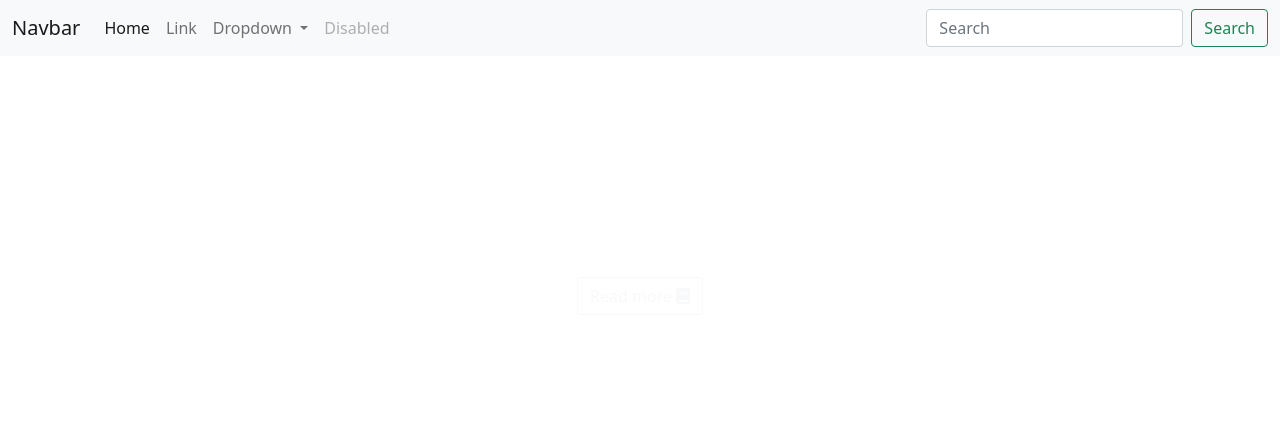
Repository: nptg3105/lab04-landing-page-boostrap5
Page: index.html
An editor plug-in stored every save of this project. The page is shown before and after the next save, followed by the edit.
The browser window is 1280 px wide. The pictures show the whole page.

Above is the page before, as saved 2021-12-19 09:49:22.

### index.html
<!DOCTYPE html>
<html lang="en">
  <head>
    <meta charset="UTF-8" />
    <meta http-equiv="X-UA-Compatible" content="IE=edge" />
    <meta name="viewport" content="width=device-width, initial-scale=1.0" />
    <title>lab04-Landing-Page-Boostrap</title>
    <link
      href="https://cdn.jsdelivr.net/npm/bootstrap@5.1.3/dist/css/bootstrap.min.css"
      rel="stylesheet"
      integrity="sha384-1BmE4kWBq78iYhFldvKuhfTAU6auU8tT94WrHftjDbrCEXSU1oBoqyl2QvZ6jIW3"
      crossorigin="anonymous"
    />
    <link rel="stylesheet" href="https://cdnjs.cloudflare.com/ajax/libs/font-awesome/6.0.0-beta3/css/all.min.css" integrity="sha512-Fo3rlrZj/k7ujTnHg4CGR2D7kSs0v4LLanw2qksYuRlEzO+tcaEPQogQ0KaoGN26/zrn20ImR1DfuLWnOo7aBA==" crossorigin="anonymous" referrerpolicy="no-referrer" />
    <link rel="stylesheet" href="dist/index.css" />
  </head>
  <body>
    <header>
      <nav class="navbar navbar-expand-lg navbar-light bg-light">
        <div class="container-fluid">
          <a class="navbar-brand" href="#">Navbar</a>
          <button
            class="navbar-toggler"
            type="button"
            data-bs-toggle="collapse"
            data-bs-target="#navbarSupportedContent"
            aria-controls="navbarSupportedContent"
            aria-expanded="false"
            aria-label="Toggle navigation"
          >
            <span class="navbar-toggler-icon"></span>
          </button>
          <div class="collapse navbar-collapse" id="navbarSupportedContent">
            <ul class="navbar-nav me-auto mb-2 mb-lg-0">
              <li class="nav-item">
                <a class="nav-link active" aria-current="page" href="#">Home</a>
              </li>
              <li class="nav-item">
                <a class="nav-link" href="#">Link</a>
              </li>
              <li class="nav-item dropdown">
                <a
                  class="nav-link dropdown-toggle"
                  href="#"
                  id="navbarDropdown"
                  role="button"
                  data-bs-toggle="dropdown"
                  aria-expanded="false"
                >
                  Dropdown
                </a>
                <ul class="dropdown-menu" aria-labelledby="navbarDropdown">
                  <li><a class="dropdown-item" href="#">Action</a></li>
                  <li><a class="dropdown-item" href="#">Another action</a></li>
                  <li><hr class="dropdown-divider" /></li>
                  <li>
                    <a class="dropdown-item" href="#">Something else here</a>
                  </li>
                </ul>
              </li>
              <li class="nav-item">
                <a class="nav-link disabled">Disabled</a>
              </li>
            </ul>
            <form class="d-flex">
              <input
                class="form-control me-2"
                type="search"
                placeholder="Search"
                aria-label="Search"
              />
              <button class="btn btn-outline-success" type="submit">
                Search
              </button>
            </form>
          </div>
        </div>
      </nav>
      <div class="hero">
       <div class="container-fluid d-flex align-items-center justify-content-center h-100">
         <div class="row d-flex justify-content-center text-center">
           <div class="col-md-10">
            <h2 class="text-white display-4 fw-bold pt-5 mb-2">Travel</h2>
            <h4 class="text-white my-4">Lorem ipsum dolor sit amet, consectetur adipisicing elit. Deleniti consequuntur.</h4>
            <button class="btn btn-outline-light">Read more <i class="fa fa-book"></i></button>
           </div>
         </div>
       </div>
      </div>
    </header>

    </p>

    <script
      src="https://cdn.jsdelivr.net/npm/bootstrap@5.1.3/dist/js/bootstrap.bundle.min.js"
      integrity="sha384-ka7Sk0Gln4gmtz2MlQnikT1wXgYsOg+OMhuP+IlRH9sENBO0LRn5q+8nbTov4+1p"
      crossorigin="anonymous"
    ></script>
  </body>
</html>

### dist/index.css
* {
  box-sizing: border-box;
  margin: 0;
  padding: 0;
}
body {
  line-height: 1.5;
}
:root {
  --color-bg: #ecf2f8;
  --color-white: #fff;
  --color-violet: #7541c8;
  --color-light-grey: #cfcfcf;
  --color-dark-grey: #19212e;
  --color-grey: #48556a;
}
.hero {
  background: url(https://mdbootstrap.com/img/Photos/Horizontal/Nature/full%20page/img%20(
        3
      ).jpg)
    no-repeat 50% fixed;
}
/*# sourceMappingURL=index.css.map */

After the next save:
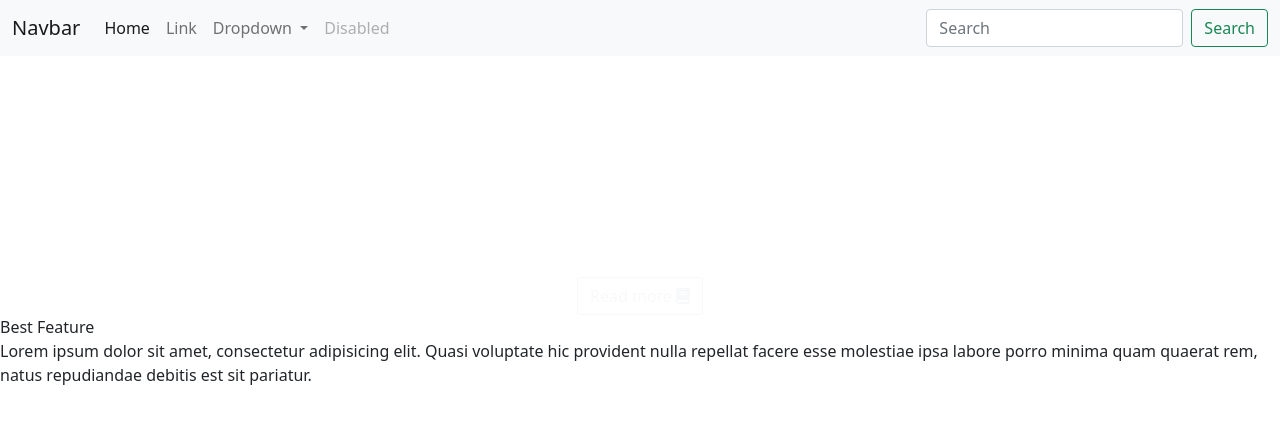
Saved 7 min 54 s later.
--- a/index.html
+++ b/index.html
@@ -87,6 +87,10 @@
          </div>
        </div>
       </div>
+      <div class="feature">
+        <div class="feature__heading">Best Feature</div>
+        <div class="feature__detail">Lorem ipsum dolor sit amet, consectetur adipisicing elit. Quasi voluptate hic provident nulla repellat facere esse molestiae ipsa labore porro minima quam quaerat rem, natus repudiandae debitis est sit pariatur.</div>
+      </div>
     </header>
 
     </p>
